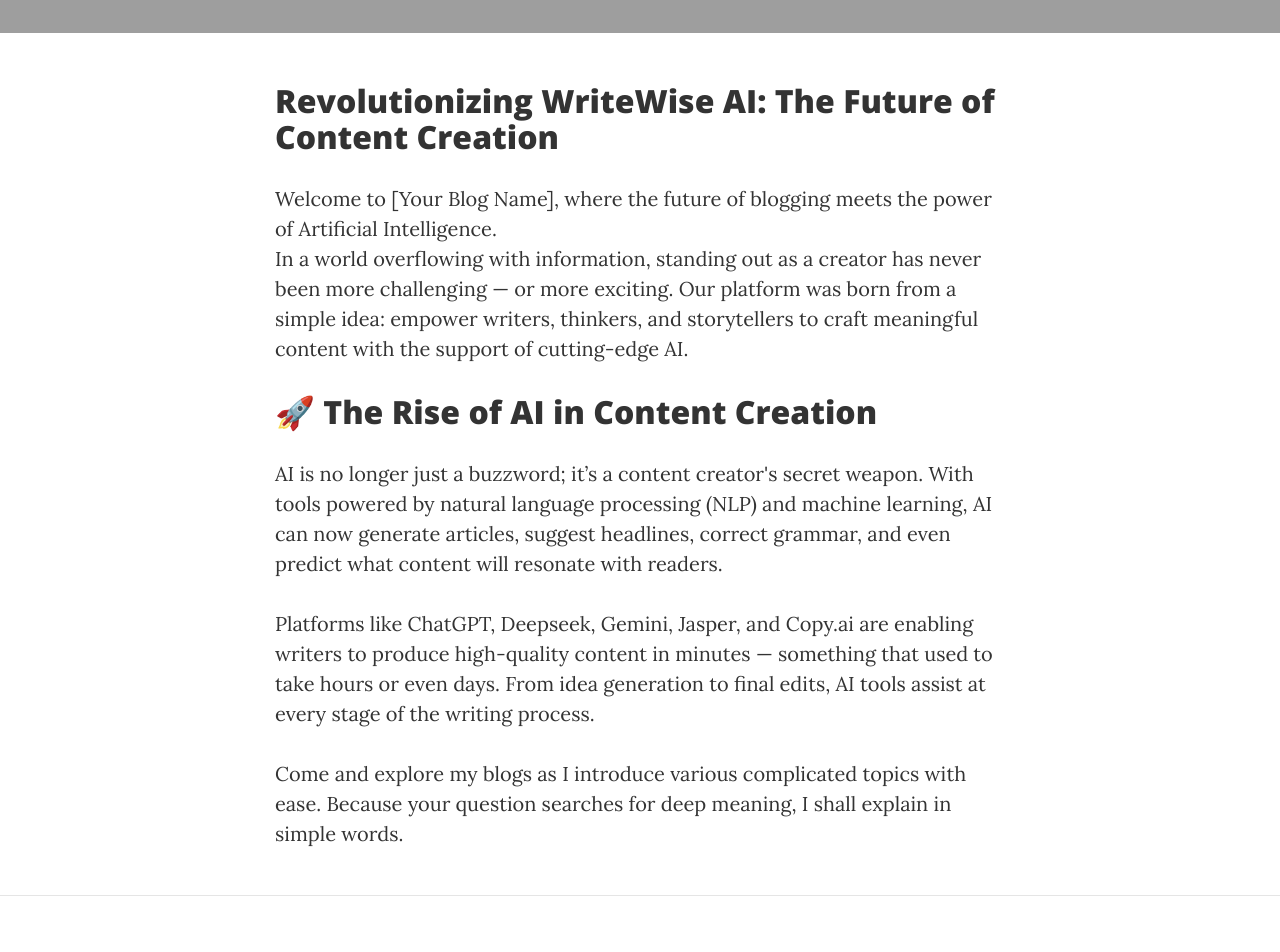
Repository: wahibkhannn/WriteWise-AI_blogging
Page: http://localhost/about
The author's editor kept a copy of each file at every save. The page is drawn from the files as they stood at one save, then again after a run of saves.
The browser window is 1280 px wide. The pictures show the part of the page from y = 491 to 1443 px (the page is 1569 px tall before and 1629 px after).
Pictures or frames that could not be fetched are drawn as grey boxes. Some web fonts or font styles are not loaded; a fallback is used. The page is served by the project's application, run on Flask 3 (app.py).

Above is the page before, as saved 2025-07-01 14:07:58.

### templates/about.html
<!DOCTYPE html>
<html lang="en">

<head>

  <meta charset="utf-8">
  <meta name="viewport" content="width=device-width, initial-scale=1, shrink-to-fit=no">
  <meta name="description" content="">
  <meta name="author" content="">

  <title>Blog Speaks</title>

  <link href="{{ url_for('static', filename='bootstrap.min.css') }}" rel="stylesheet">
  <link href="{{ url_for('static', filename='font-awesome.min.css') }}" rel="stylesheet" type="text/css">
  <link href='https://fonts.googleapis.com/css?family=Lora:400,700,400italic,700italic' rel='stylesheet'
    type='text/css'>
  <link
    href='https://fonts.googleapis.com/css?family=Open+Sans:300italic,400italic,600italic,700italic,800italic,400,300,600,700,800'
    rel='stylesheet' type='text/css'>
  <link href="{{ url_for('static', filename='blog.min.css') }}" rel="stylesheet">

</head>

<body>

  <!-- Navigation -->
  <nav class="navbar navbar-expand-lg navbar-light fixed-top" id="mainNav">
    <div class="container">
      <a class="navbar-brand" href="{{ url_for('index') }}">Blog Speaks</a>
      <button class="navbar-toggler navbar-toggler-right" type="button" data-toggle="collapse"
        data-target="#navbarResponsive" aria-controls="navbarResponsive" aria-expanded="false"
        aria-label="Toggle navigation">
        Menu
        <i class="fa fa-bars"></i>
      </button>
      <div class="collapse navbar-collapse" id="navbarResponsive">
        <ul class="navbar-nav ml-auto">
          <li class="nav-item">
            <a class="nav-link" href="{{ url_for('index') }}">Home</a>
          </li>
          <li class="nav-item">
            <a class="nav-link" href="{{ url_for('about') }}">About Me</a>
          </li>
          <li class="nav-item">
            <a class="nav-link" href="{{ url_for('add') }}">Add</a>
          </li>
          <li class="nav-item">
            <a class="nav-link" href="{{ url_for('delete') }}">Delete</a>
          </li>
        </ul>
      </div>
    </div>
  </nav>

  <!-- Page Header -->
  <header class="masthead" style="background-image: url('{{ url_for('static', filename='about_me.jpg') }}')">
    <div class="container">
      <div class="row">
        <div class="col-lg-8 col-md-10 mx-auto">
          <div class="page-heading">
            <h1>AI revolution</h1>
            <span class="subheading">Revolutionizing WriteWise AI: The Future of Content Creation</span>
          </div>
        </div>
      </div>
    </div>
  </header>

  <!-- Main Content -->
  <div class="container">
    <div class="row">
      <div class="col-lg-8 col-md-10 mx-auto">
        <h2>Revolutionizing WriteWise AI: The Future of Content Creation</h2>
        <p>Welcome to [Your Blog Name], where the future of blogging meets the power of Artificial Intelligence.
        <br
        <p>In a world overflowing with information, standing out as a creator has never been more challenging — or more
          exciting. Our platform was born from a simple idea: empower writers, thinkers, and storytellers to craft
          meaningful content with the support of cutting-edge AI.</p>
        <h2>🚀 The Rise of AI in Content Creation</h2>
        <p>AI is no longer just a buzzword; it’s a content creator's secret weapon. With tools powered by natural
          language processing (NLP) and machine learning, AI can now generate articles, suggest headlines, correct
          grammar, and even predict what content will resonate with readers.</p>

        <p>Platforms like ChatGPT, Deepseek, Gemini, Jasper, and Copy.ai are enabling writers to produce high-quality
          content in minutes — something that used to take hours or even days. From idea generation to final edits, AI
          tools assist at every stage of the writing process.</p>
        <p>Come and explore my blogs as I introduce various complicated topics with ease. Because your question searches
          for deep meaning, I shall explain in simple words.</p>
      </div>
    </div>
  </div>

  <hr>

  <!-- Footer -->
  <footer>
    <div class="container">
      <div class="row">
        <div class="col-lg-8 col-md-10 mx-auto">
          <p class="copyright text-muted">Copyright &copy; AI revolution</p>
        </div>
      </div>
    </div>
  </footer>

  <script src="{{ url_for('static', filename='jquery.min.js') }}"></script>
  <script src="{{ url_for('static', filename='popper.min.js') }}"></script>
  <script src="{{ url_for('static', filename='bootstrap.min.js') }}"></script>
  <script src="{{ url_for('static', filename='blog.min.js') }}"></script>

</body>

</html>

### app.py
from flask import Flask, render_template, request, redirect, url_for
from flask_sqlalchemy import SQLAlchemy
from datetime import datetime

app = Flask(__name__)

app.config['SQLALCHEMY_DATABASE_URI'] = 'sqlite:///F:/STUDY/Projects/18BLC1131_DA1/blog_speaks/blog.db'

db = SQLAlchemy(app)

class Blogpost(db.Model):
    id = db.Column(db.Integer, primary_key=True)
    title = db.Column(db.String(50))
    subtitle = db.Column(db.String(50))
    author = db.Column(db.String(20))
    date_posted = db.Column(db.DateTime)
    content = db.Column(db.Text)

@app.route('/')
def index():
    posts = Blogpost.query.order_by(Blogpost.date_posted.desc()).all()
    return render_template('index.html', posts=posts)

@app.route('/about')
def about():
    return render_template('about.html')

@app.route('/post/<int:post_id>')
def post(post_id):
    post = Blogpost.query.filter_by(id=post_id).one()
    return render_template('post.html', post=post)

@app.route('/add')
def add():
    return render_template('add.html')

@app.route('/delete')
def delete():
    posts = Blogpost.query.order_by(Blogpost.date_posted.desc()).all()
    return render_template('delete.html', posts=posts)

@app.route('/addpost', methods=['POST'])
def addpost():
    title = request.form['title']
    subtitle = request.form['subtitle']
    author = request.form['author']
    content = request.form['content']

    post = Blogpost(title=title, subtitle=subtitle, author=author, content=content, date_posted=datetime.now())

    db.session.add(post)
    db.session.commit()

    return redirect(url_for('index'))

@app.route('/deletepost', methods=['DELETE','POST'])
def deletepost():
    post_id = request.form.get("post_id")

    post = Blogpost.query.filter_by(id=post_id).first()

    db.session.delete(post)
    db.session.commit()

    return redirect(url_for('index'))

if __name__ == '__main__':
    app.run(debug=True)

### static/blog.min.js
!function(i){"use strict";i("body").on("input propertychange",".floating-label-form-group",function(o){i(this).toggleClass("floating-label-form-group-with-value",!!i(o.target).val())}).on("focus",".floating-label-form-group",function(){i(this).addClass("floating-label-form-group-with-focus")}).on("blur",".floating-label-form-group",function(){i(this).removeClass("floating-label-form-group-with-focus")});if(i(window).width()>1170){var o=i("#mainNav").height();i(window).on("scroll",{previousTop:0},function(){var s=i(window).scrollTop();s<this.previousTop?s>0&&i("#mainNav").hasClass("is-fixed")?i("#mainNav").addClass("is-visible"):i("#mainNav").removeClass("is-visible is-fixed"):s>this.previousTop&&(i("#mainNav").removeClass("is-visible"),s>o&&!i("#mainNav").hasClass("is-fixed")&&i("#mainNav").addClass("is-fixed")),this.previousTop=s})}}(jQuery);

Loaded but not shown: static/bootstrap.min.css (library); static/font-awesome.min.css (library); static/blog.min.css (library); static/jquery.min.js (library); static/popper.min.js (library); static/bootstrap.min.js (library)

After the next 2 saves:
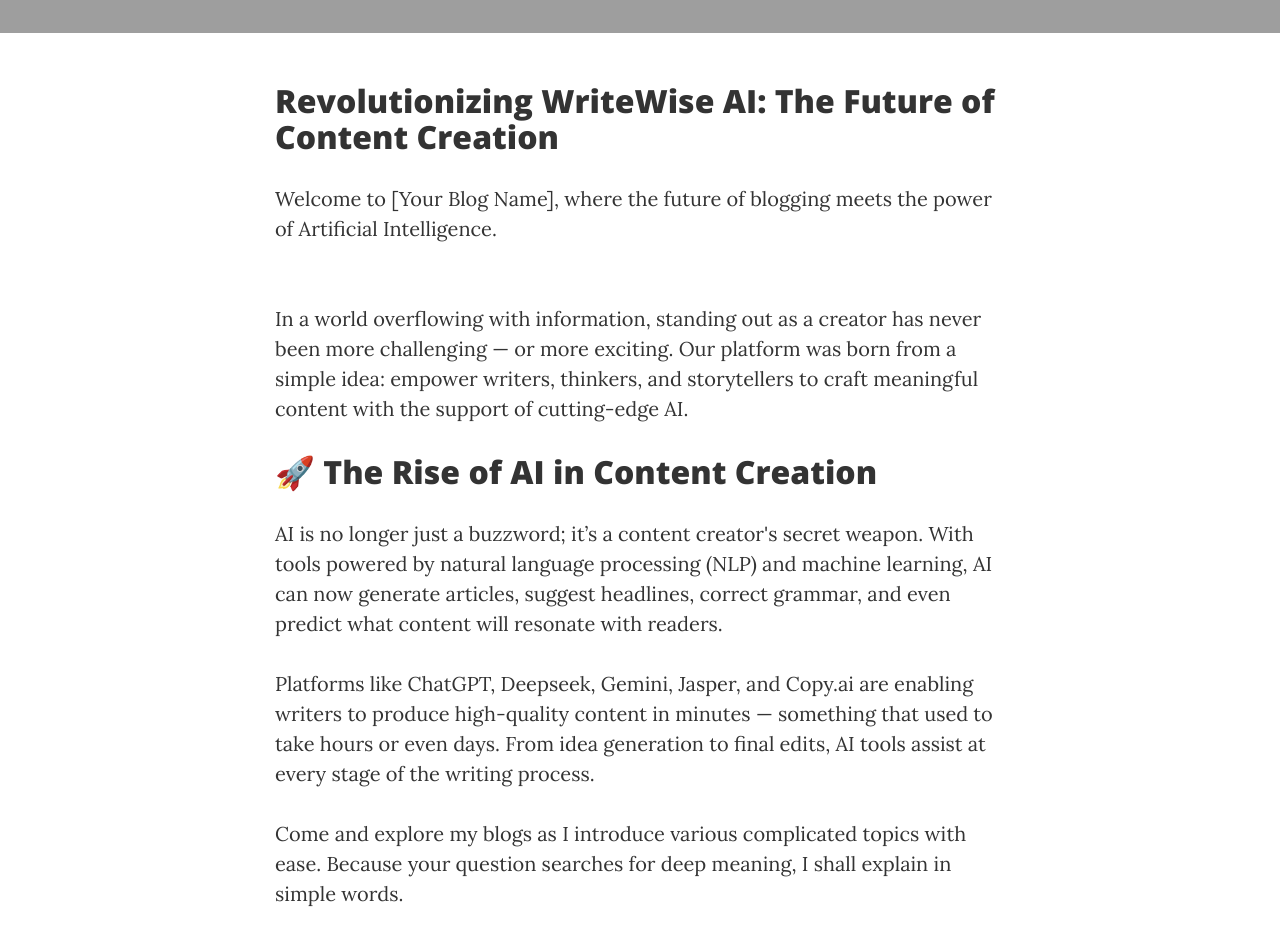
The 2 saves are shown as one change because they came seconds apart.
The last was saved 9 s later.
--- a/templates/about.html
+++ b/templates/about.html
@@ -71,7 +71,7 @@
     <div class="row">
       <div class="col-lg-8 col-md-10 mx-auto">
         <h2>Revolutionizing WriteWise AI: The Future of Content Creation</h2>
-        <p>Welcome to [Your Blog Name], where the future of blogging meets the power of Artificial Intelligence.
+        <p>Welcome to [Your Blog Name], where the future of blogging meets the power of Artificial Intelligence.</p>
         <br
         <p>In a world overflowing with information, standing out as a creator has never been more challenging — or more
           exciting. Our platform was born from a simple idea: empower writers, thinkers, and storytellers to craft
